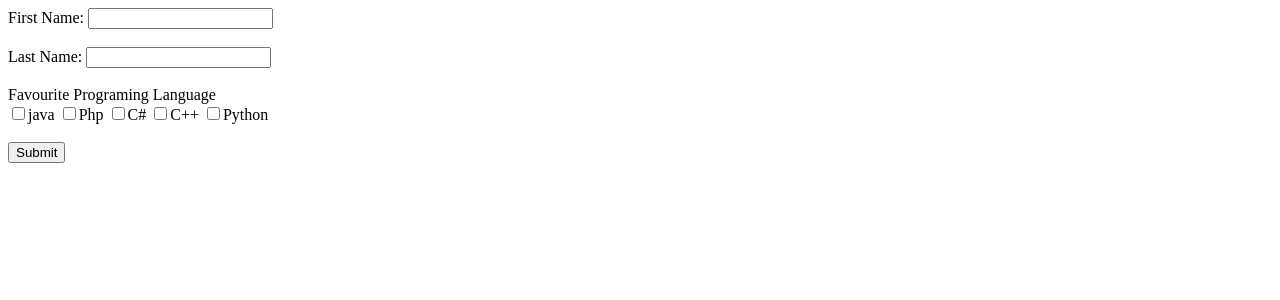
Repository: rohanbhavare1234/BikeServiceWorkspace
Page: eclipse-workspace/jspdemo/WebContent/student-radio-form.html
The author's editor kept a copy of each file at every save. The page is drawn from the files as they stood at one save, then again after the next save.
The browser window is 1280 px wide. The pictures show the whole page.

Above is the page before, as saved 2023-04-09 13:32:49.

### eclipse-workspace/jspdemo/WebContent/student-radio-form.html
<html>
<head><title>Student Deatils Registration </title></head>
<body>

<form action="student-checkbox-response.jsp">
First Name: <input type="text" name="firstName"/>
<br/><br/>
Last Name: <input type="text" name="lastName"/>
<br/><br/>

Favourite Programing Language <br/>
<input type="checkbox" name="favoriteLanguage" value="java">java
<input type="checkbox" name="favoriteLanguage" value="Php">Php
<input type="checkbox" name="favoriteLanguage" value="C#">C#
<input type="checkbox" name="favoriteLanguage" value="C++">C++
<input type="checkbox" name="favoriteLanguage" value="Python">Python
<br/><br/>
<input type="submit" value="Submit"/>
</form>
</body>
</html>

After the next save:
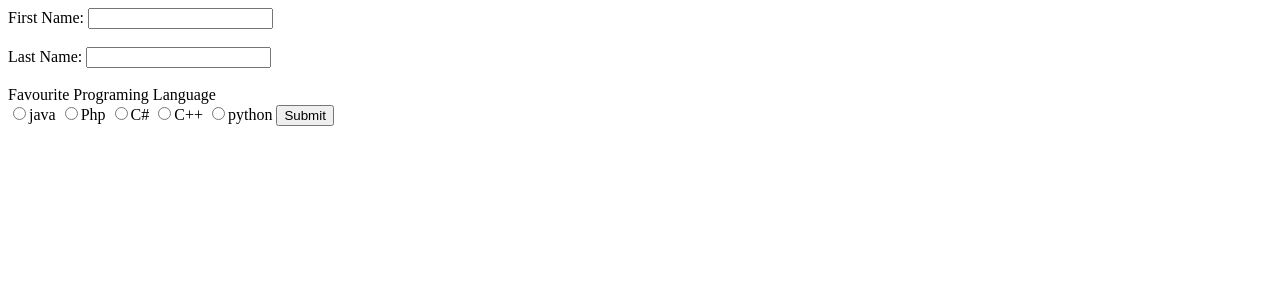
Saved 3 min 36 s later.
--- a/eclipse-workspace/jspdemo/WebContent/student-radio-form.html
+++ b/eclipse-workspace/jspdemo/WebContent/student-radio-form.html
@@ -2,19 +2,19 @@
 <head><title>Student Deatils Registration </title></head>
 <body>
 
-<form action="student-checkbox-response.jsp">
+<form action="student-radio-response.jsp">
 First Name: <input type="text" name="firstName"/>
 <br/><br/>
 Last Name: <input type="text" name="lastName"/>
 <br/><br/>
 
-Favourite Programing Language <br/>
-<input type="checkbox" name="favoriteLanguage" value="java">java
-<input type="checkbox" name="favoriteLanguage" value="Php">Php
-<input type="checkbox" name="favoriteLanguage" value="C#">C#
-<input type="checkbox" name="favoriteLanguage" value="C++">C++
-<input type="checkbox" name="favoriteLanguage" value="Python">Python
-<br/><br/>
+Favourite Programing Language<br/>
+<input type="radio" name="favoriteLanguage" value="java">java
+<input type="radio" name="favoriteLanguage" value="Php">Php
+<input type="radio" name="favoriteLanguage" value="C#">C#
+<input type="radio" name="favoriteLanguage" value="C++">C++
+<input type="radio" name="favoriteLanguage" value="Python">python
+
 <input type="submit" value="Submit"/>
 </form>
 </body>
